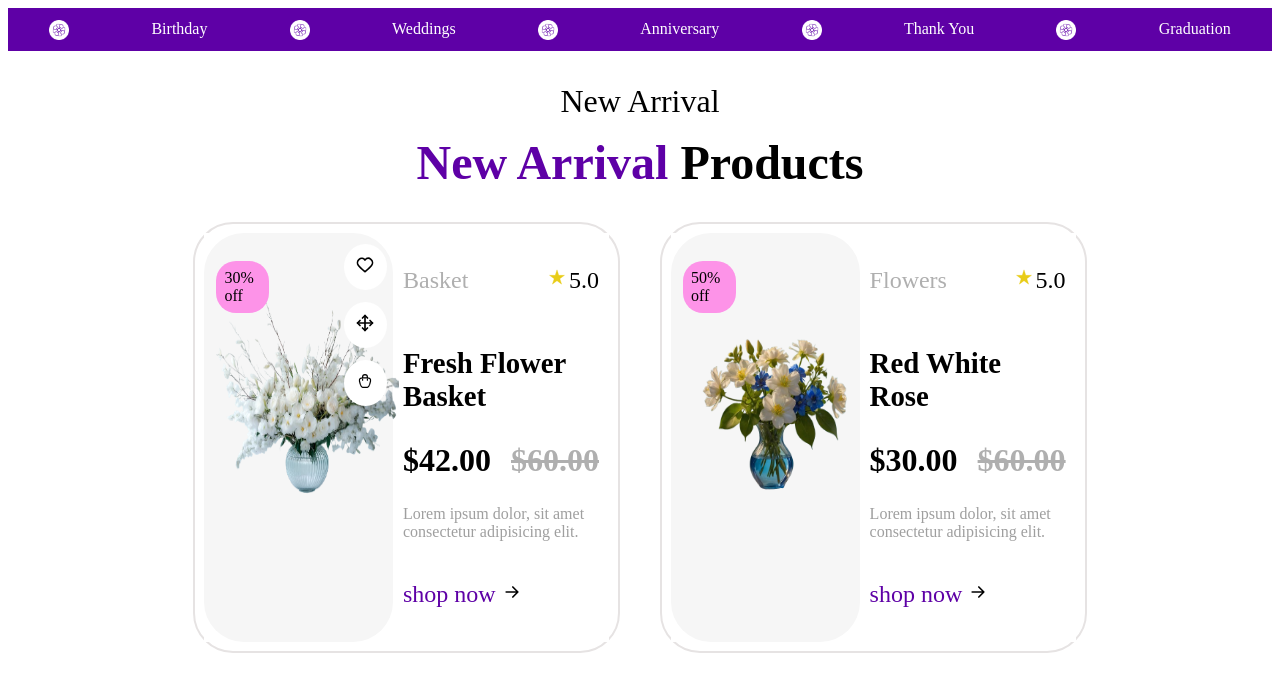
Repository: KolawoleTemilade/classroom-learning
Page: newarrival/index.html
These files come from the project's save history. The page is drawn as it stood at one moment and after the next save; the edit follows.
The browser window is 1280 px wide. The pictures show the whole page.

Above is the page before, as saved 2025-10-02 01:11:28.

After the next save:
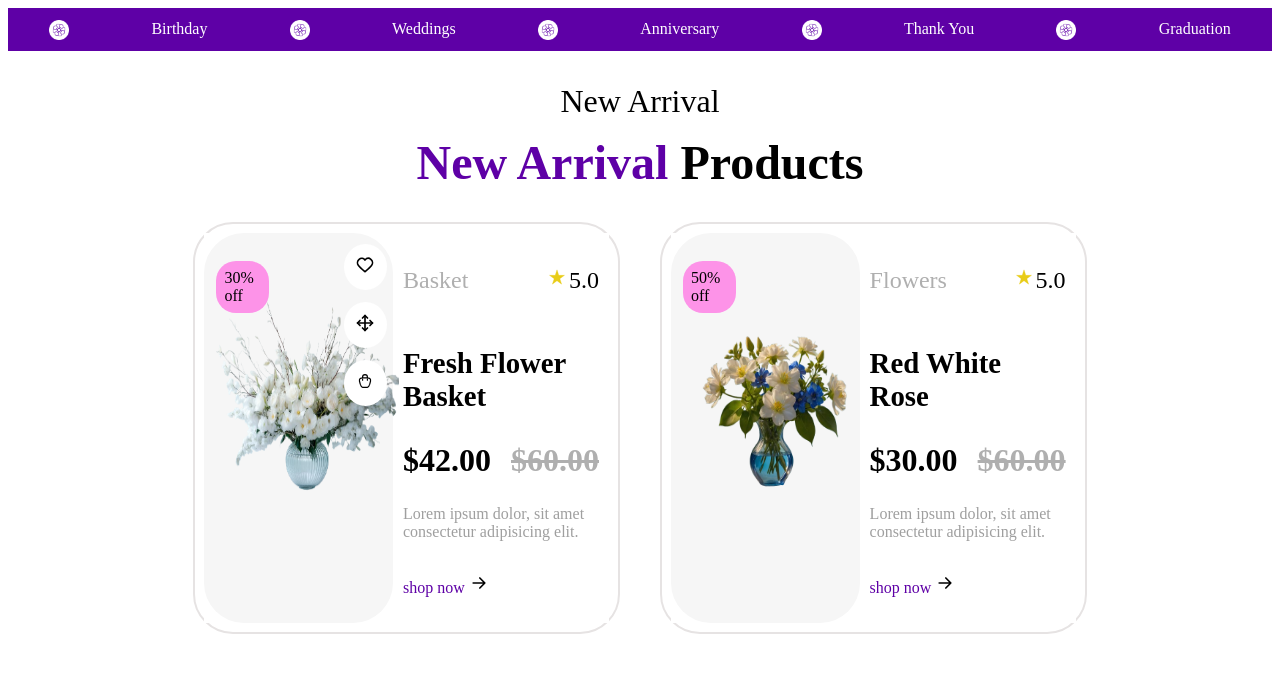
Saved 10 s later.
--- a/newarrival/style.css
+++ b/newarrival/style.css
@@ -136,7 +136,7 @@
   color: #5e00a6;
   display: flex;
   align-items: center;
-  font-size: 1.5rem;
+  font-size: 1rem;
 }
 .icons-sec2 {
     display: none;
